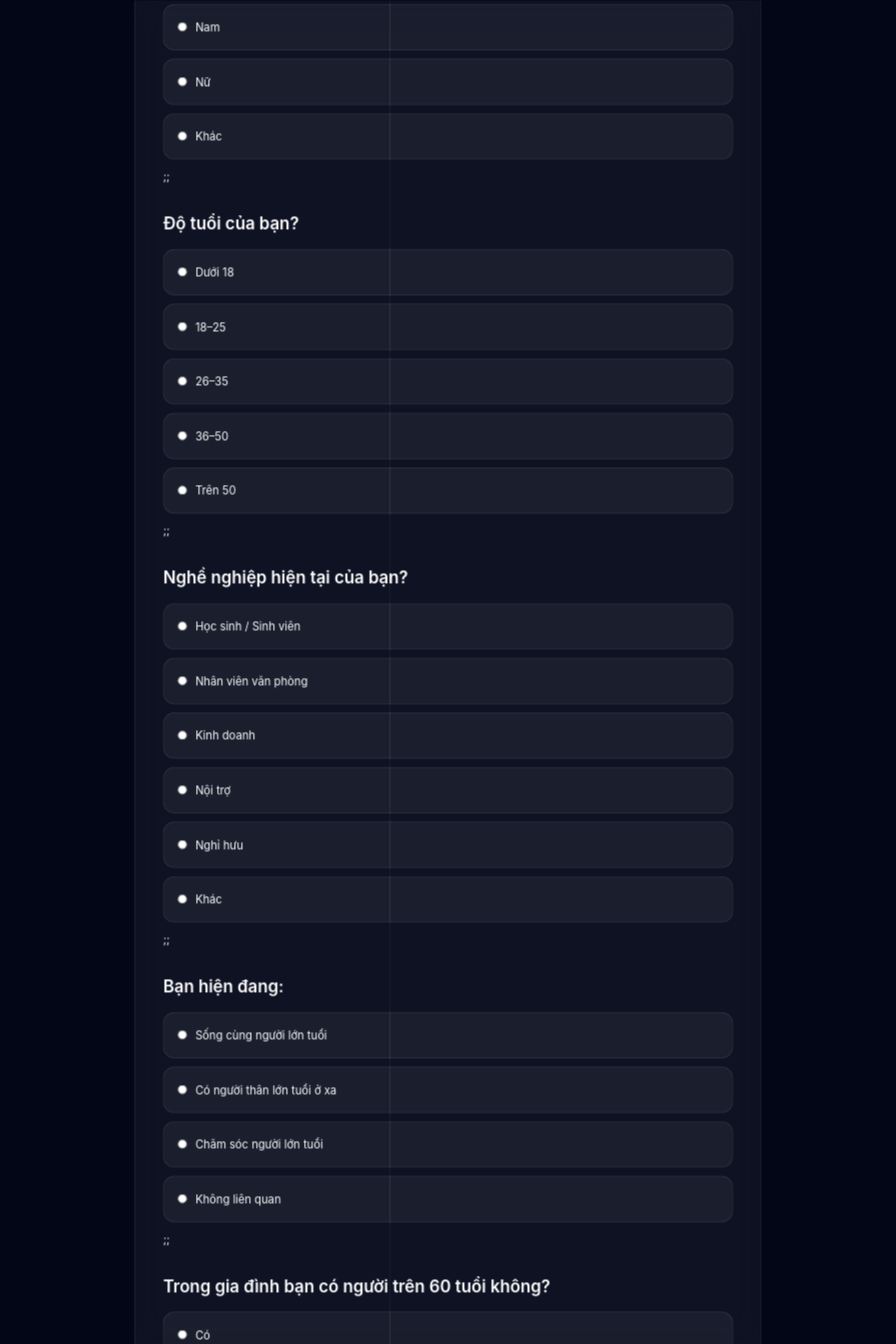
Repository: LuongPTCE181311/smart-pillow-survey
Page: /survey (app in frontend/)
An editor plug-in stored every save of this project. The page is shown before and after a run of saves, followed by the edit.
The browser window is 1280 px wide. The pictures show the part of the page from y = 367 to 2287 px (the page is 2654 px tall before and 2474 px after), at 70% of full size.
The project was rebuilt for these pictures with package versions that can differ from the ones it lists, and the page was loaded fresh each time. Also part of the build but not shown: frontend/vite.config.js, frontend/src/components/Navbar.jsx, frontend/src/components/AnimatedBackground.jsx, frontend/src/components/ProductShowcase.jsx, frontend/src/components/HeroSection.jsx, frontend/src/components/VideoSection.jsx, frontend/src/components/ProblemSection.jsx, frontend/src/components/SolutionSection.jsx and 2 more. Imported but missing from the stored project, and not drawn on this page: frontend/src/assets/video.mp4.

Above is the page before, as saved 2026-06-03 19:02:35.

### frontend/src/main.jsx
import ReactDOM from "react-dom/client";
import { BrowserRouter } from "react-router-dom";

import App from "./App";
import "./index.css";

ReactDOM.createRoot(document.getElementById("root")).render(
  <BrowserRouter>
    <App />
  </BrowserRouter>,
);

### frontend/src/App.jsx
import AppRoutes from "./routes/AppRoutes";

function App() {
  return <AppRoutes />;
}

export default App;

### frontend/src/index.css
@import "tailwindcss";

html,
body,
#root {
  width: 100%;
  min-height: 100%;
  margin: 0;
  padding: 0;
}

body {
  font-family: Inter, sans-serif;
  background: #0f172a;
}

### frontend/src/routes/AppRoutes.jsx
import { Routes, Route } from "react-router-dom";

import LandingPage from "../pages/LandingPage";
import SurveyPage from "../pages/SurveyPage";

export default function AppRoutes() {
  return (
    <Routes>
      <Route path="/" element={<LandingPage />} />

      <Route path="/survey" element={<SurveyPage />} />
    </Routes>
  );
}

### frontend/src/pages/SurveyPage.jsx
import { useState } from "react";

import ProgressBar from "../components/ProgressBar";
import QuestionCard from "../components/QuestionCard";
import surveyQuestions from "../data/surveyQuestions";
import surveySteps from "../data/surveySteps";

export default function SurveyPage() {
  const [step, setStep] = useState(1);
  const [answers, setAnswers] = useState({});
  const totalSteps = surveySteps.length;

  const current = surveySteps[step - 1];

  const handleAnswer = (id, value) => {
    setAnswers((prev) => ({
      ...prev,
      [id]: value,
    }));
  };
  const sectionKeys = ["A", "B", "C", "D", "E"];
  const currentQuestions = surveyQuestions[sectionKeys[step - 1]] || [];

  return (
    <div
      className="
      min-h-screen

      bg-[#020617]

      text-white

      px-6
      py-16
      "
    >
      <div className="max-w-4xl mx-auto">
        <ProgressBar currentStep={step} totalSteps={totalSteps} />

        <div
          className="
            p-10
            rounded-3xl
            bg-white/5
            backdrop-blur-xl
            border border-white/10
            "
        >
          <h1 className="text-5xl font-bold">{current.title}</h1>

          <p className="mt-4 text-slate-400">{current.description}</p>

          <div className="mt-10">
            {currentQuestions.map((q) => (
              <QuestionCard
                key={q.id}
                question={q}
                value={answers[q.id]}
                onChange={handleAnswer}
              />
            ))}
          </div>
        </div>

        <div className="flex justify-between mt-10">
          <button
            disabled={step === 1}
            onClick={() => setStep(step - 1)}
            className="
            px-6 py-3

            rounded-xl

            bg-white/10

            disabled:opacity-30
            "
          >
            Quay lại
          </button>

          <button
            disabled={step === totalSteps}
            onClick={() => setStep(step + 1)}
            className="
            px-6 py-3

            rounded-xl

            bg-cyan-500
            "
          >
            Tiếp tục
          </button>
        </div>
      </div>
    </div>
  );
}

### frontend/src/components/ProgressBar.jsx
export default function ProgressBar({ currentStep, totalSteps }) {
  const percent = (currentStep / totalSteps) * 100;

  return (
    <div className="mb-10">
      <div className="flex justify-between mb-3">
        <span>
          Bước {currentStep}/{totalSteps}
        </span>

        <span>{percent.toFixed(0)}%</span>
      </div>

      <div
        className="
        h-3
        bg-white/10
        rounded-full
        overflow-hidden
        "
      >
        <div
          style={{
            width: `${percent}%`,
          }}
          className="
          h-full

          bg-gradient-to-r
          from-cyan-400
          to-blue-500

          transition-all
          duration-500
          "
        />
      </div>
    </div>
  );
}

### frontend/src/components/QuestionCard.jsx
export default function QuestionCard({ question, value, onChange }) {
  return (
    <div className="mb-10">
      <h2
        className="
        text-2xl
        font-semibold
        mb-5
        "
      >
        {question.question}
      </h2>
      {question.type === "radio" &&
        question.options.map((option) => (
          <label
            key={option}
            className="
            block

            p-5

            rounded-2xl

            bg-white/5

            border

            border-white/10

            mb-3

            cursor-pointer

            hover:border-cyan-400
            "
          >
            <input
              type="radio"
              name={question.id}
              value={option}
              checked={value === option}
              onChange={(e) => onChange(question.id, e.target.value)}
              className="mr-3"
            />

            {option}
          </label>
        ))}
      {question.type === "checkbox" &&
        question.options.map((option) => (
          <label
            key={option}
            className="
        block
        p-5
        rounded-2xl
        bg-white/5
        border
        border-white/10
        mb-3
        cursor-pointer
        hover:border-cyan-400
        "
          >
            <input
              type="checkbox"
              checked={value?.includes(option) || false}
              onChange={(e) => {
                let updated = value || [];

                if (e.target.checked) {
                  updated = [...updated, option];
                } else {
                  updated = updated.filter((item) => item !== option);
                }

                onChange(question.id, updated);
              }}
              className="mr-3"
            />

            {option}
          </label>
        ))}
      ;
      {question.type === "checkbox" &&
        question.options.map((option) => (
          <label
            key={option}
            className="
        block
        p-5
        rounded-2xl
        bg-white/5
        border
        border-white/10
        mb-3
        cursor-pointer
        hover:border-cyan-400
        "
          >
            <input
              type="checkbox"
              checked={value?.includes(option) || false}
              onChange={(e) => {
                let updated = value || [];

                if (e.target.checked) {
                  updated = [...updated, option];
                } else {
                  updated = updated.filter((item) => item !== option);
                }

                onChange(question.id, updated);
              }}
              className="mr-3"
            />

            {option}
          </label>
        ))}
      ;
    </div>
  );
}

### frontend/src/data/surveyQuestions.js
const surveyQuestions = {
  A: [
    {
      id: "gender",
      type: "radio",
      question: "Giới tính của bạn?",
      options: ["Nam", "Nữ", "Khác"],
    },
    {
      id: "age",
      type: "radio",
      question: "Độ tuổi của bạn?",
      options: ["Dưới 18", "18–25", "26–35", "36–50", "Trên 50"],
    },
    {
      id: "job",
      type: "radio",
      question: "Nghề nghiệp hiện tại của bạn?",
      options: [
        "Học sinh / Sinh viên",
        "Nhân viên văn phòng",
        "Kinh doanh",
        "Nội trợ",
        "Nghỉ hưu",
        "Khác",
      ],
    },
    {
      id: "living",
      type: "radio",
      question: "Bạn hiện đang:",
      options: [
        "Sống cùng người lớn tuổi",
        "Có người thân lớn tuổi ở xa",
        "Chăm sóc người lớn tuổi",
        "Không liên quan",
      ],
    },
    {
      id: "elderly",
      type: "radio",
      question: "Trong gia đình bạn có người trên 60 tuổi không?",
      options: ["Có", "Không"],
    },
  ],
  B: [
    {
      id: "sleep_problem",
      type: "radio",
      question:
        "Người lớn tuổi trong gia đình bạn có gặp vấn đề về giấc ngủ không?",
      options: ["Thường xuyên", "Thỉnh thoảng", "Hiếm khi", "Không"],
    },

    {
      id: "sleep_issue",
      type: "checkbox",
      question: "Các vấn đề thường gặp là gì?",
      options: [
        "Khó ngủ",
        "Mất ngủ",
        "Thức giấc giữa đêm",
        "Ngáy lớn",
        "Khó thở khi ngủ",
        "Khác",
      ],
    },

    {
      id: "worry",
      type: "radio",
      question:
        "Bạn có từng lo lắng về sức khỏe người lớn tuổi vào ban đêm không?",
      options: ["Rất lo lắng", "Có lo lắng", "Bình thường", "Không"],
    },

    {
      id: "sleep_apnea",
      type: "radio",
      question: "Bạn có từng nghe về hội chứng ngưng thở khi ngủ chưa?",
      options: ["Có", "Chưa"],
    },

    {
      id: "danger",
      type: "radio",
      question: "Theo bạn, ngưng thở khi ngủ có nguy hiểm không?",
      options: ["Rất nguy hiểm", "Có nguy hiểm", "Bình thường", "Không biết"],
    },
  ],
  C: [
    {
      id: "idea",
      type: "radio",
      question:
        "Bạn thấy ý tưởng gối thông minh theo dõi sức khỏe như thế nào?",
      options: ["Rất sáng tạo", "Hữu ích", "Bình thường", "Không cần thiết"],
    },

    {
      id: "favorite_feature",
      type: "radio",
      question: "Bạn thích điểm nào nhất của sản phẩm?",
      options: [
        "Không cần đeo thiết bị",
        "Theo dõi nhịp tim",
        "Phát hiện ngưng thở",
        "Gửi cảnh báo",
        "Theo dõi giấc ngủ",
      ],
    },
  ],
  D: [
    {
      id: "price",
      type: "radio",
      question: "Bạn sẵn sàng chi bao nhiêu cho sản phẩm này?",
      options: ["Dưới 3 triệu", "3-4 triệu", "4-6 triệu", "Trên 6 triệu"],
    },

    {
      id: "buy",
      type: "radio",
      question: "Bạn có sẵn sàng mua sản phẩm này trong tương lai không?",
      options: ["Có", "Có thể", "Không"],
    },
  ],
  E: [
    {
      id: "improve",
      type: "textarea",
      question: "Theo bạn, sản phẩm cần cải thiện điều gì?",
    },

    {
      id: "feature",
      type: "textarea",
      question: "Bạn mong muốn thêm tính năng nào khác?",
    },

    {
      id: "feedback",
      type: "textarea",
      question: "Bạn có góp ý gì cho dự án Respyn?",
    },
  ],
};
export default surveyQuestions;

### frontend/src/data/surveySteps.js
const surveySteps = [
  {
    title: "PHẦN A",
    description: "Thông tin người khảo sát",
  },
  {
    title: "PHẦN B",
    description: "Khảo sát thực trạng",
  },
  {
    title: "PHẦN C",
    description: "Đánh giá sản phẩm",
  },
  {
    title: "PHẦN D",
    description: "Khảo sát thị trường & giá",
  },
  {
    title: "PHẦN E",
    description: "Ý kiến cá nhân",
  },
];

export default surveySteps;

After the next 2 saves:
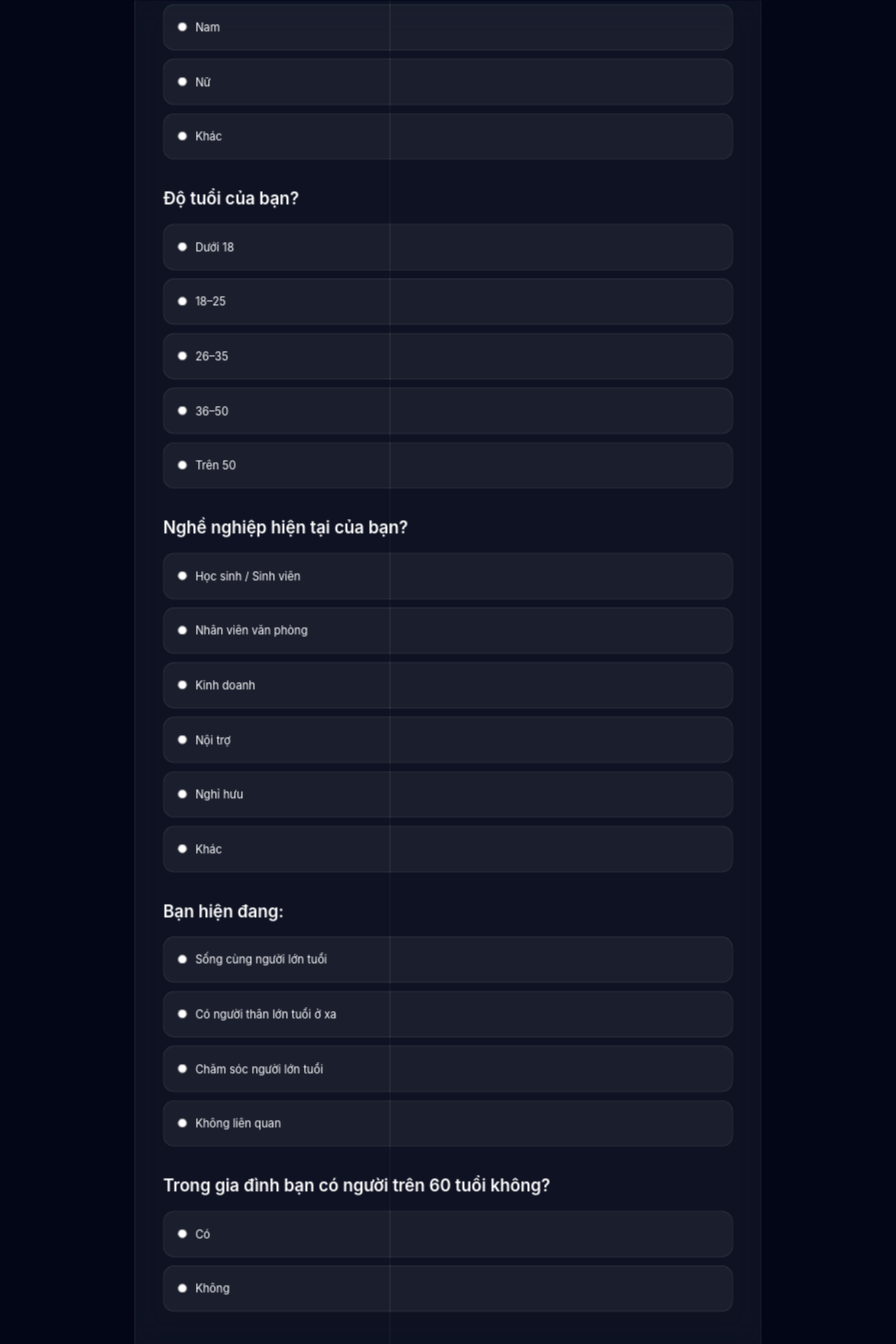
The 2 saves are shown as one change because they came seconds apart.
The last was saved 7 s later.
--- a/frontend/src/components/QuestionCard.jsx
+++ b/frontend/src/components/QuestionCard.jsx
@@ -82,7 +82,6 @@ export default function QuestionCard({ question, value, onChange }) {
             {option}
           </label>
         ))}
-      ;
       {question.type === "checkbox" &&
         question.options.map((option) => (
           <label
@@ -119,7 +118,6 @@ export default function QuestionCard({ question, value, onChange }) {
             {option}
           </label>
         ))}
-      ;
     </div>
-  );
+  )
 }
